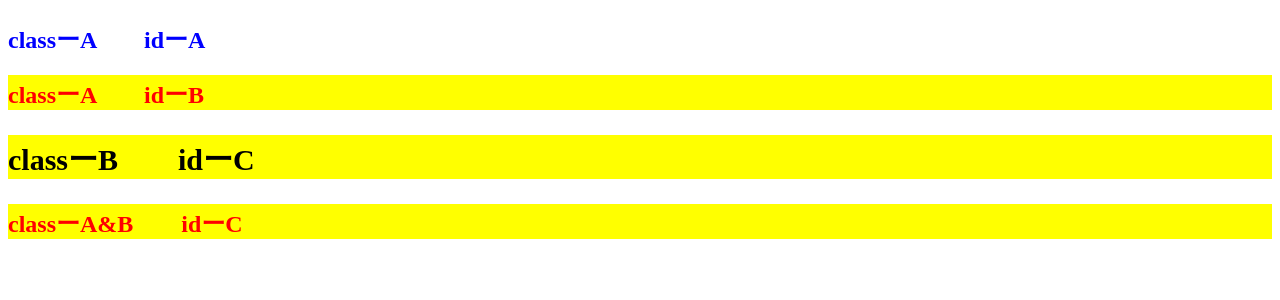
Repository: fukkatsuno-neda/samurai_HTML-CSS
Page: テスト/index.html
The author's editor kept a record of every edit. The page is drawn from the files as they stood at one moment, then again after the next edit.
The browser window is 1280 px wide. The pictures show the whole page.

Above is the page before.

### テスト/index.html
<!DOCTYPE html>
<html lang="ja">
<head>
    <meta charset="UTF-8">
    <meta name="viewport" content="width=device-width, initial-scale=1.0">
    <meta http-equiv="X-UA-Compatible" content="ie=edge">
    <title>Document</title>
    <link rel="stylesheet" href="sample.css">
</head>
<body>
    <h2 class="A" id="A">classーA　　idーA</h2>
    <h2 class="A" id="B">classーA　　idーB</h2>
    <h2 class="B" id="B">classーB　　idーC</h2>
    <h2 class="A" "B" id="B">classーA&B　　idーC</h2>
</body>
</html>

### テスト/sample.css
@charset "utf-8";

.A{
    color: red;
}

.B{
    font-size: 30px;
}
#A{
    color: blue;
}
#B{
    background-color: yellow;
}

After the next edit:
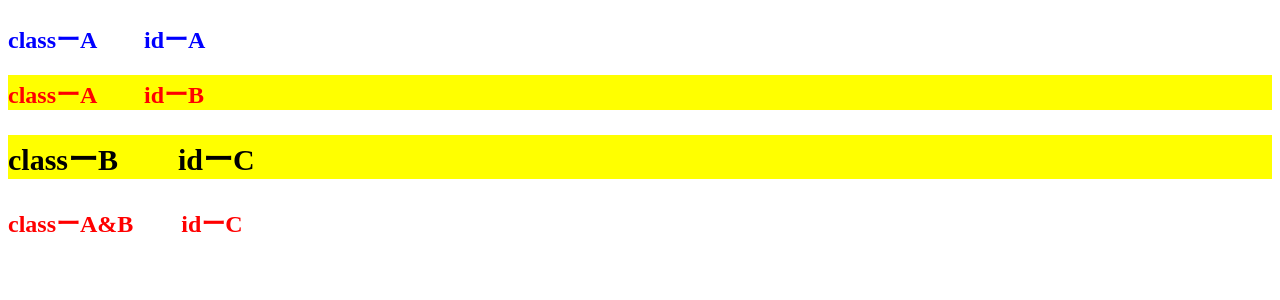
The edit:
--- a/テスト/index.html
+++ b/テスト/index.html
@@ -11,6 +11,6 @@
     <h2 class="A" id="A">classーA　　idーA</h2>
     <h2 class="A" id="B">classーA　　idーB</h2>
     <h2 class="B" id="B">classーB　　idーC</h2>
-    <h2 class="A" "B" id="B">classーA&B　　idーC</h2>
+    <h2 class="A" "B" >classーA&B　　idーC</h2>
 </body>
 </html>
